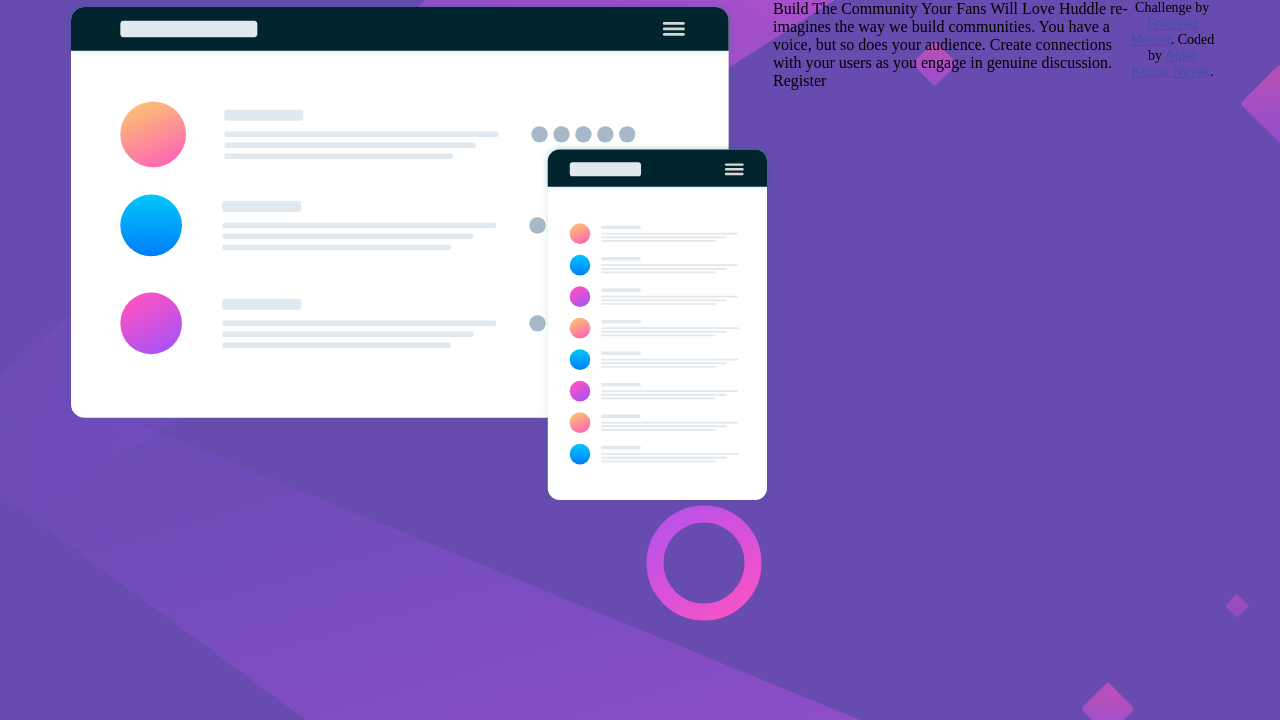
Repository: ankitnayak09/FrontEndMentor-Solutions
Page: huddle-landing-page-with-single-introductory-section-master/index.html
An editor plug-in stored every save of this project. The page is shown before and after a run of saves, followed by the edit.
The browser window is 1280 px wide. The pictures show the whole page.

Above is the page before, as saved 2021-07-07 18:24:59.

After the next 2 saves:
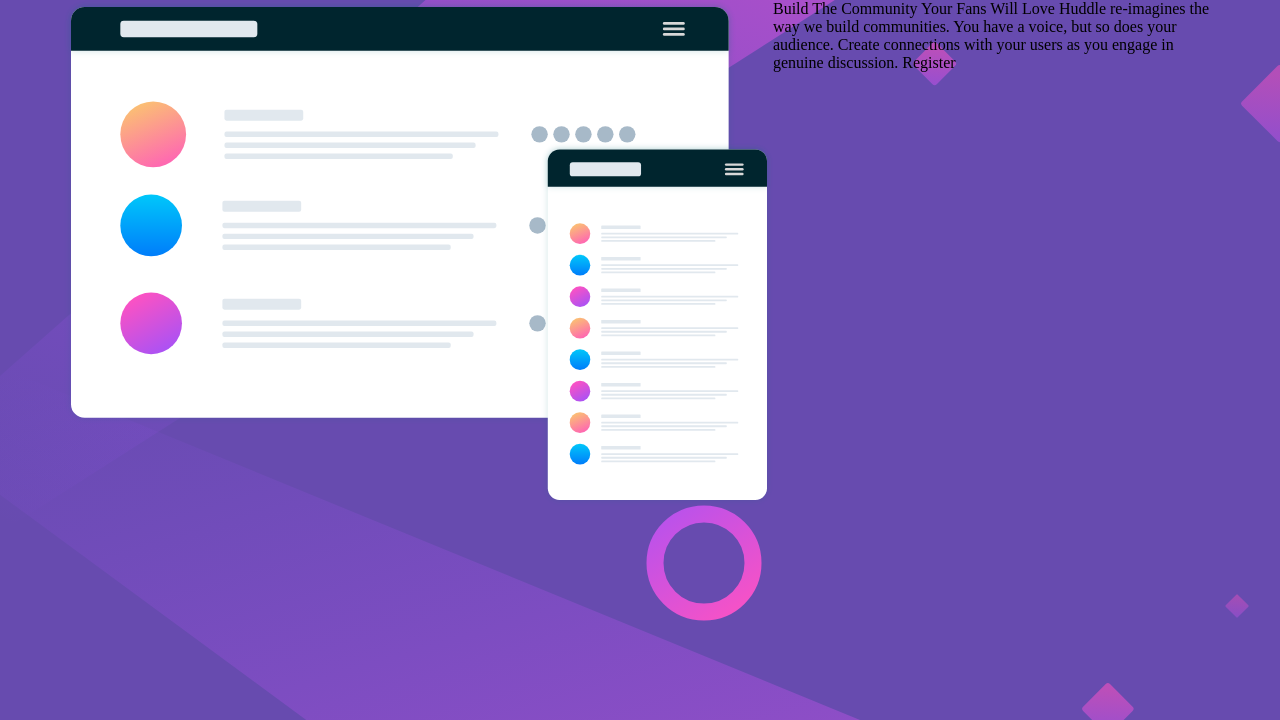
The 2 saves are shown as one change because they came seconds apart.
The last was saved 10 s later.
--- a/huddle-landing-page-with-single-introductory-section-master/index.html
+++ b/huddle-landing-page-with-single-introductory-section-master/index.html
@@ -37,12 +37,6 @@
 
       Register
     </div>
-    <footer>
-      <p class="attribution">
-        Challenge by <a href="https://www.frontendmentor.io?ref=challenge" target="_blank">Frontend Mentor</a>.
-        Coded by <a href="https://github.com/ankitnayak09">Ankit Kumar Nayak</a>.
-      </p>
-    </footer>
   </div>
 </body>
 
